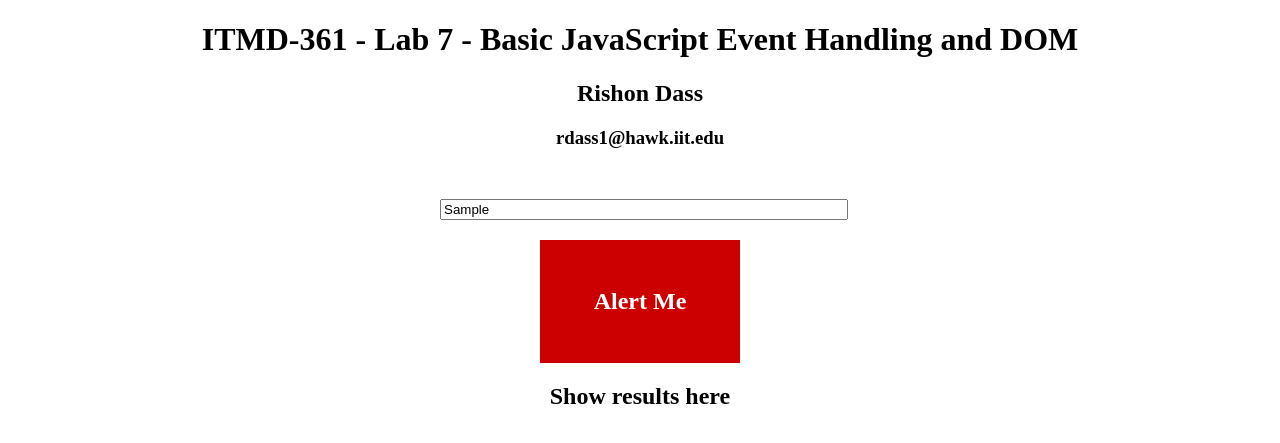
Repository: rishondass/ITMD316-Lab7
Page: index.html
An editor plug-in stored every save of this project. The page is shown before and after the next save, followed by the edit.
The browser window is 1280 px wide. The pictures show the whole page.
Empty fields were first filled with sample values (such as "Sample", 5 or name@example.com).
After loading, the first visible `#entrybutton` was clicked once.

Above is the page before, as saved 2023-04-04 23:29:37.

### index.html
<!DOCTYPE html>
<html lang="en">
<head>
  <meta charset="UTF-8">
  <title>Lab 7 - Basic JavaScript Event Handling and DOM</title>
  <link rel="stylesheet" href="style/style.css">
  <script async src="js/script.js"></script>
</head>
<body>
  <h1 class="center">ITMD-361 - Lab 7 - Basic JavaScript Event Handling and DOM</h1>
  <h2 class="center">Rishon Dass</h2>
  <h3 class="center">rdass1@hawk.iit.edu</h3>
  <div id="container">
    <input id="entryinput" type="text" name="textentry" placeholder="Enter a Message">
    <div id="entrybutton">Alert Me</div>
    <h2 id="textoutput" class="center">Show results here</h2>
  </div>
</body>
</html>

### js/script.js
function init(){
//add your javascrip between these two lines of code
  let alertMetBtn = window.document.getElementById("entrybutton");
  let output = window.document.getElementById("textoutput");
  alertMetBtn.addEventListener("click",()=>{
    let input = window.document.getElementById("entryinput").value;
    output.value = "test";
    window.alert(`Rishon Dass: ${input}`);
  });



}







window.addEventListener('load', init);

Loaded but not shown: style/style.css (common file)

After the next save:
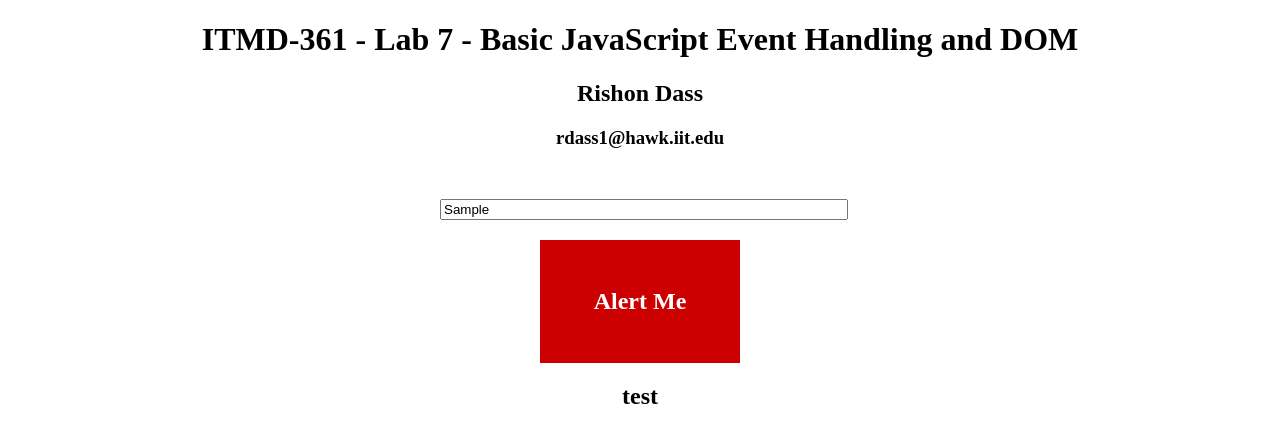
Saved 25 s later.
--- a/js/script.js
+++ b/js/script.js
@@ -4,7 +4,7 @@ function init(){
   let output = window.document.getElementById("textoutput");
   alertMetBtn.addEventListener("click",()=>{
     let input = window.document.getElementById("entryinput").value;
-    output.value = "test";
+    output.innerHTML = "test";
     window.alert(`Rishon Dass: ${input}`);
   });
 
